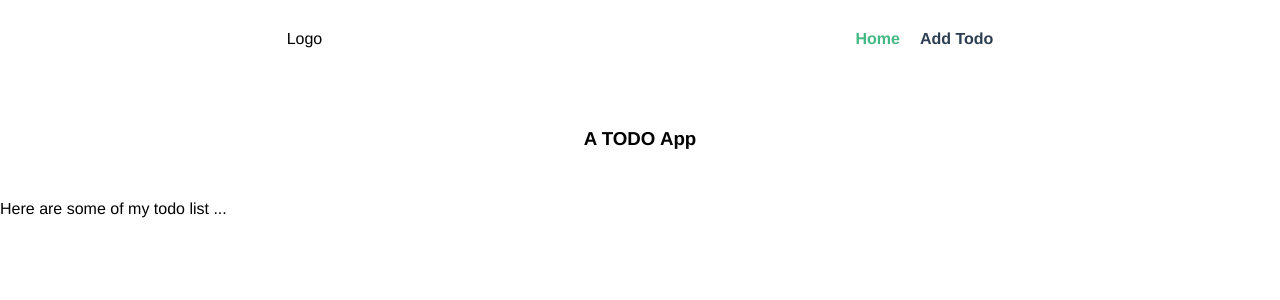
Repository: adisamicheal/academy-vuex-todo
Page: /
An editor plug-in stored every save of this project. The page is shown before and after the next save, followed by the edit.
The browser window is 1280 px wide. The pictures show the whole page.
The project was rebuilt for these pictures with package versions that can differ from the ones it lists, and the page was loaded fresh each time.

Above is the page before, as saved 2021-11-01 12:58:38.

After the next save:
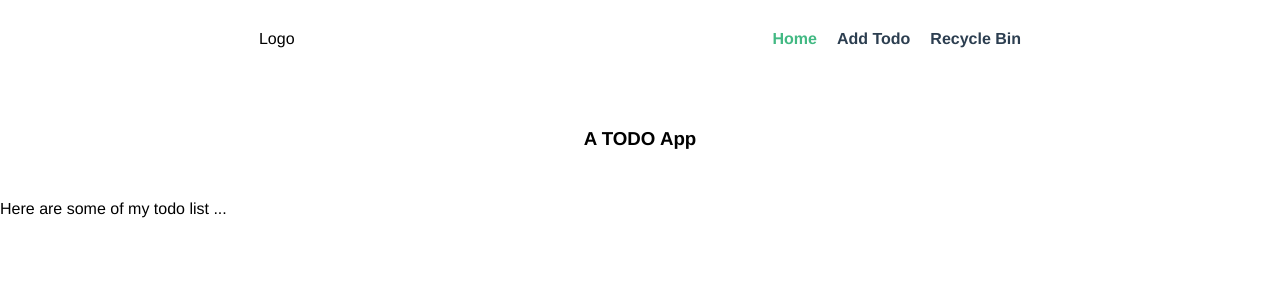
Saved 36 s later.
--- a/src/components/Navigation.vue
+++ b/src/components/Navigation.vue
@@ -7,6 +7,7 @@
           <ul>
               <li><router-link to="/">Home</router-link> </li>
               <li><router-link to="/add-todo">Add Todo</router-link> </li>
+              <li><router-link to="/recycle-bin">Recycle Bin</router-link> </li>
               <!-- <li><router-link to="/">Home</router-link> </li> -->
           </ul>
       </div>
